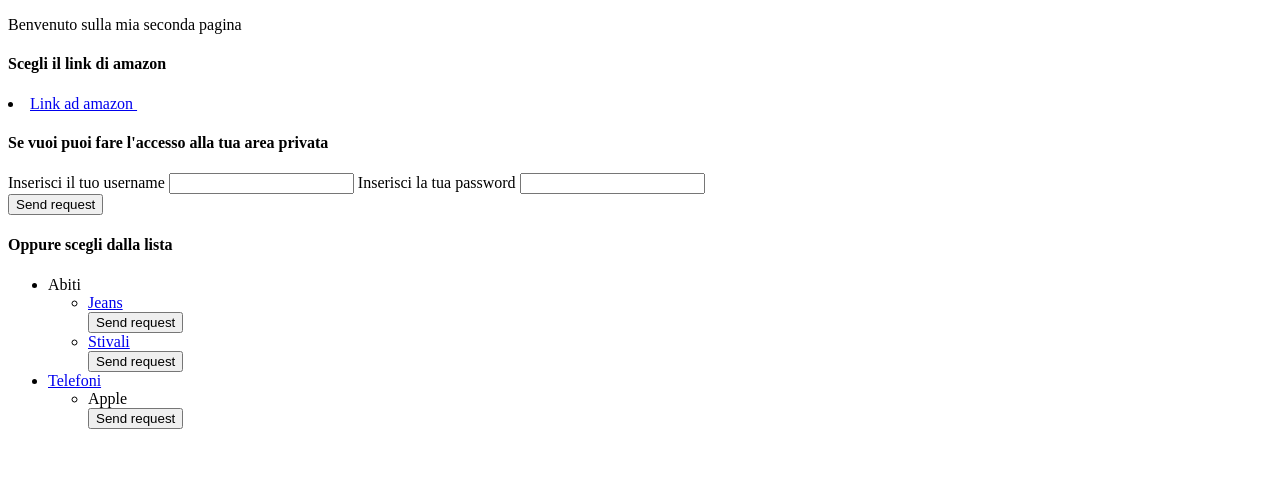
Repository: AndreaGuastaferro/Repository_Andrea_Guastaferro_Front
Page: cartella_html/NUOVO_HTML/Secondo_File.html
These files come from the project's save history. The page is drawn as it stood at one moment and after the next save; the edit follows.
The browser window is 1280 px wide. The pictures show the whole page.

Above is the page before, as saved 2018-10-22 09:16:56.

### cartella_html/NUOVO_HTML/Secondo_File.html
<!DOCTYPE html>
<html>
<head>
<meta charset="ISO-8859-1">
<title>Insert title here</title>
</head>
<body>
	<p> Benvenuto sulla mia seconda pagina </p>
	<h4>Scegli il link di amazon</h4>

			<li><a href= "https://www.amazon.it"> Link ad amazon <img src=""> </a> </li>
			<h4> Se vuoi puoi fare l'accesso alla tua area privata</h4>
			<form>
					  <div>
					    <label for="example">Inserisci il tuo username</label>
					    <input id="example" type="text" name="text">
					    <label for="example">Inserisci la tua password</label>
					    <input id="example" type="text" name="text">
					  </div>
					  <div>
					    <input type="submit" value="Send request">
					  </div>
			</form>
			<h4> Oppure scegli dalla lista</h4>
				<ul>
					<li><a href= " https://www.amazon.it/b/ref=nav__fashion_man?ie=UTF8&node=5515769031"></a>Abiti</li>
						<ul>
							<li> <a href="https://www.amazon.it/s/ref=s9_acss_bw_cg_ITMFMay2_3c1_w?__mk_it_IT=%C5M%C5Z%D5%D1&rh=i%3Aapparel%2Cn%3A2844433031%2Cn%3A%212844438031%2Cn%3A%212844440031%2Cn%3A15437070031%2Cp_76%3A490210031%2Cn%3A2892862031%2Cn%3A2892945031&bbn=15437070031&sort=date-desc-rank&ie=UTF8&pf_rd_m=A2VX19DFO3KCLO&pf_rd_s=merchandised-search-5&pf_rd_r=47Q5SCQ3NC4T83X6EN1V&pf_rd_t=101&pf_rd_p=2b56b692-4bdb-4382-b36f-c06c7c0ce0d7&pf_rd_i=5515769031"></</a>Jeans</li>
							<input type="submit" value="Send request">
							<li> <a href=" https://www.amazon.it/s/ref=s9_acss_bw_cg_ITMFMay2_3b1_w?__mk_it_IT=%C5M%C5Z%D5%D1&rh=i%3Ashoes%2Cn%3A524006031%2Cn%3A%21696352031%2Cn%3A%21696595031%2Cn%3A15437073031%2Cp_76%3A490210031%2Cn%3A700578031%2Cn%3A700703031%2Cn%3A700751031&bbn=15437073031&sort=date-desc-rank&ie=UTF8&pf_rd_m=A2VX19DFO3KCLO&pf_rd_s=merchandised-search-5&pf_rd_r=47Q5SCQ3NC4T83X6EN1V&pf_rd_t=101&pf_rd_p=2b56b692-4bdb-4382-b36f-c06c7c0ce0d7&pf_rd_i=5515769031">Stivali</a></li>
							<input type="submit" value="Send request">
						</ul>
					<li><a href= " https://www.amazon.it/telefonia-mobile/b/ref=sd_allcat_tele?ie=UTF8&node=435507031"></</a>Telefoni</li>
						<ul>
							<li> <a href=" https://www.amazon.it/s/ref=lp_435507031_nr_p_89_3?fst=as%3Aoff&rh=n%3A412609031%2Cn%3A%21435499031%2Cn%3A%21435501031%2Cn%3A435507031%2Cp_89%3AApple&bbn=435507031&ie=UTF8&qid=1540199277&rnid=1688663031"></a>Apple</li>
							<input type="submit" value="Send request">
						</ul>
				</ul>








<!--

	<li><a href="https://www.google.it"> Link a google <img src=""></a> </li>

		<h4>Scegli un link alternativo tra i seguenti</h4>

			<ol>
				<li> <a href="https://www.fantagazzetta.com"> Link a fantagazzetta </a></li>

				<li> <a href="http://www.irpinianews.it"> Link a irpinianews </a></li>

			</ol>

		</ul> -->



</body>
</html>

After the next save:
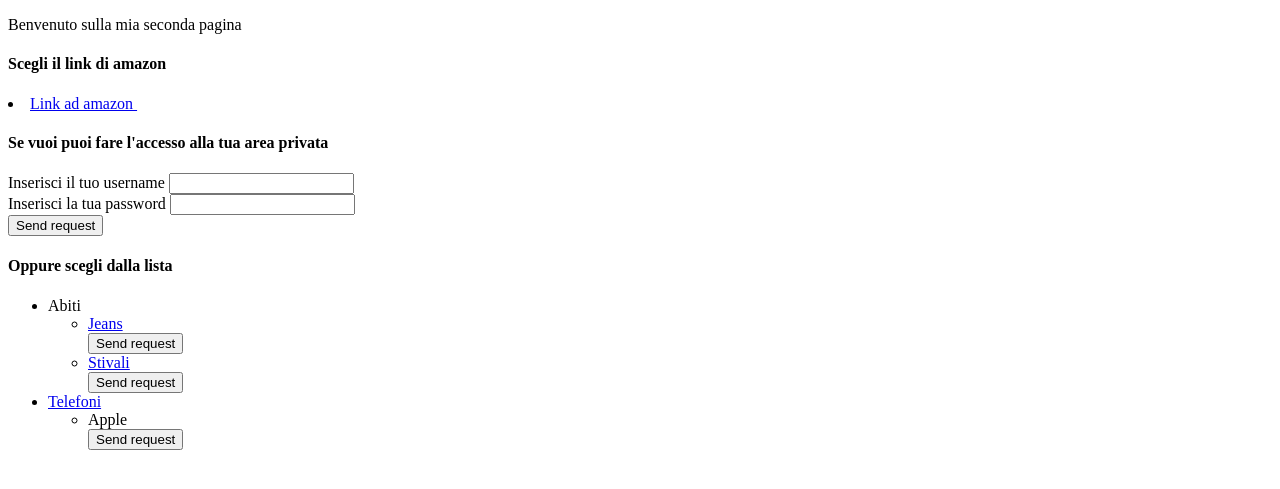
Saved 39 s later.
--- a/cartella_html/NUOVO_HTML/Secondo_File.html
+++ b/cartella_html/NUOVO_HTML/Secondo_File.html
@@ -13,7 +13,7 @@
 			<form>
 					  <div>
 					    <label for="example">Inserisci il tuo username</label>
-					    <input id="example" type="text" name="text">
+					    <input id="example" type="text" name="text"><br>
 					    <label for="example">Inserisci la tua password</label>
 					    <input id="example" type="text" name="text">
 					  </div>
